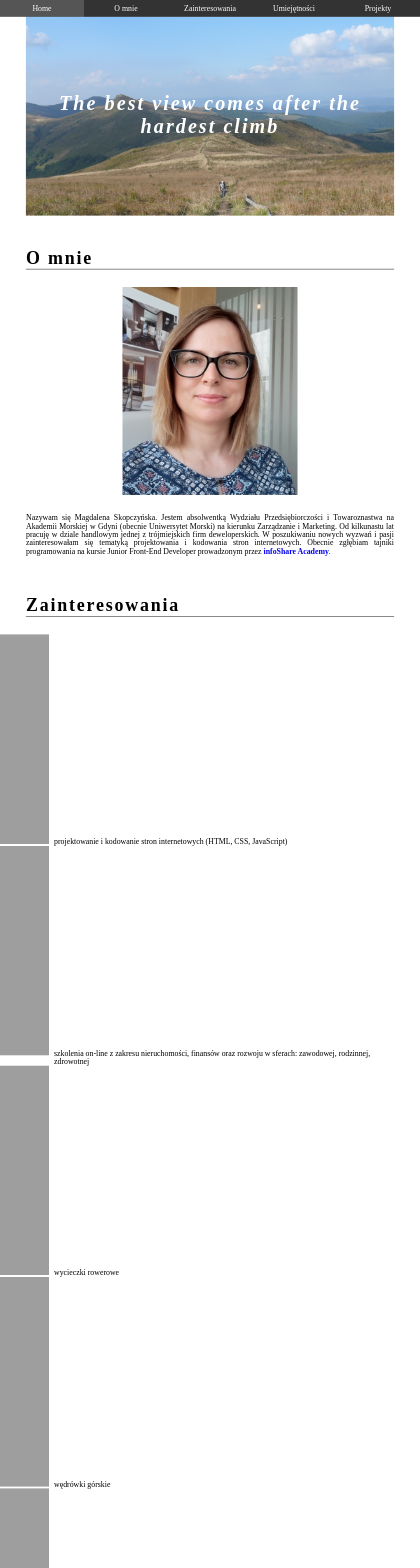
Repository: MagJaw/portfolio
Page: portfolio.html
These files come from the project's save history. The page is drawn as it stood at one moment and after the next save; the edit follows.
The browser window is 600 px wide. The pictures show the part of the page from y = 0 to 2240 px (the page is 6164 px tall before and 6156 px after), at 70% of full size.
A picture or video elsewhere on the page could not be fetched, so the positions and the page height are approximate.

Above is the page before, as saved 2018-11-21 20:41:33.

### portfolio.html
<!DOCTYPE html>
<html lang="pl">
<head>
    <meta charset="UTF-8">
    <meta name="viewport" content="width=device-width, initial-scale=1.0">
    <meta http-equiv="X-UA-Compatible" content="ie=edge">
    <meta name="author" content="Magdalena Skopczyńska"/>
    <meta name="description" content="Portfolio - o mnie, zainteresowania, umiejętności, projekty">
    <link rel="stylesheet" href="main.css">
    <title>Portfolio</title>
</head>
<body>
    <div class="wrapper">
        <div id="section1"></div>
        <nav role="navigation" class="menu__container">
            <ul class="menu">
                <li class="menu__section">
                    <a href="#section1">Home</a>
                </li>
                <li class="menu__section">
                    <a href="#section2">O mnie</a>
                </li>
                <li class="menu__section">
                    <a href="#section3">Zainteresowania</a>
                </li>
                <li class="menu__section">
                    <a href="#section4">Umiejętności</a>
                </li>
                <li class="menu__section">
                    <a href="#section5">Projekty</a>
                </li>
            </ul>
        </nav>
        <main class="main">
            <div class="motto__container">
                <quote class="motto"><b>The best view comes after the hardest climb</b></quote>
            </div>
            <div id="section2">
                <h1 class="header__section">O mnie</h1>
                <div class="section2__img">
                    <img src="portret.jpg" class="my__photo">
                </div>
                <p class="history"> Nazywam się Magdalena Skopczyńska. Jestem absolwentką Wydziału Przedsiębiorczości i Towaroznastwa na Akademii Morskiej w Gdyni (obecnie Uniwersytet Morski) na kierunku Zarządzanie i Marketing. Od kilkunastu lat pracuję w dziale handlowym jednej z trójmiejskich firm deweloperskich. W poszukiwaniu nowych wyzwań i pasji zainteresowałam się tematyką projektowania i kodowania stron internetowych. Obecnie zgłębiam tajniki programowania na kursie Junior Front-End Developer prowadzonym przez <a target="_blank" href="https://infoshareacademy.com/" class="link"><b>infoShare Academy</b>.</a></p>
            </div>
            <div id="section3">
                <h1 class="header__section">Zainteresowania</h1>
                <ul>
                    <li class="item">projektowanie i kodowanie stron internetowych (HTML, CSS, JavaScript)</li>
                    <li class="item">szkolenia on-line z zakresu nieruchomości, finansów oraz rozwoju w sferach: zawodowej, rodzinnej, zdrowotnej</li>
                    <li class="item">wycieczki rowerowe</li>
                    <li class="item">wędrówki górskie</li>
                    <li class="item">literatura</li>
                    <li class="item">zagadnienia z zakresu zdrowego odżywiania</li>
                </ul>
            </div>
            <div id="section4">
                <h1 class="header__section">Umiejętności</h1>
                <ul>
                    <li class="item">analityczne myślenie</li>
                    <li class="item">wysokie poczucie odpowiedzialności za powierzone zadania</li>
                    <li class="item">umiejętność pracy w zespole</li>
                    <li class="item">znajomość technik sprzedażowych</li>
                    <li class="item">bardzo dobra znajomość języka angielskiego</li>
                    <li class="item">znajomość narzędzi pakietu Office</li>
                    <li class="item">podstawowa znajomość HTML, CSS, JavaScript</li>
                </ul>
            </div>
            <div id="section5">
                <h1 class="header__section">Projekty</h1>
                <ul>
                    <li class="item">portfolio</li>
                    <li class="item">projekty stworzone w trakcie kursu Junior Front-End Developer <a target="_blank" href="https://github.com/MagJaw" class="link">(<b>GitHub</b>)</a></li>
                </ul>
            </div>
        </main>
        <footer class="footer">
            <p class="footer__text">Autor: Magdalena Skopczyńska</p>
            <p class="footer__text">email: magdas@example.com</p>
            <a target="_blank" href="https://github.com/MagJaw" class="footer__icon">
                <img class="footer__img" src="https://img.icons8.com/ios/30/000000/github-filled.png" alt="GitHub">
            </a>
            <p class="footer__text">
                <a target="_blank" href="https://icons8.com" class="link">Icon pack by Icons8</a>
            </p>
        </footer>
    </div>
</body>
</html>

### main.css
html {
    font-size: 16px;
    scroll-behavior: smooth;
  }

.wrapper {
    max-width: 90%;
    margin: 0 auto;
}

#section1 {
    padding: 1vw;
}

/*stylowanie paska menu*/

.menu__container {
    background:  #333;
    z-index: 1;
    top: 0;
    left: 0;
    right: 0;
    height: auto;
    position: fixed;
    }

.menu {
    list-style-type: none;
    display: flex;
    padding: 0;
    margin: 0;
}

.menu__section {
    font-size: 1.5em;
    flex: 1 1 0;
}

.menu__section a {
    text-decoration: none;
    text-align: center;
    color: #fff;
    display: block;
    padding: 1vw;
}

.menu__section a:hover {
    background-color: #555;
}

/*stylowanie obrazka z mottem*/

.motto__container {
    background-image: url(tapeta.jpg);
    background-size: cover;
    opacity: 0.9;
    height: 48vw;
    display: table;
}

.motto {
    font-size: 3.5em;
    letter-spacing: 0.1em;
    font-style: italic;
    color: #fff;
    text-align: center;
    vertical-align: middle;
    display: table-cell;
    animation: pojawienie 4s ease 1 normal;
}

@keyframes pojawienie {

    0%
    {
        opacity: 0;
    }

    20%
    {
        opacity: 0.2;
    }
    40%
    {
        opacity: 0.4;
    }
    60%
    {
        opacity: 0.6;
    }
    80%
    {
        opacity: 0.8;
    }
    100%
    {
        opacity: 1;
    }

}

/*wspólne stylowanie nagłówków sekcji i list w sekcjach*/

.header__section {
    font-size: 2.5em;
    letter-spacing: 0.1em;
    border-bottom: 1px solid #555;
    margin-top: 1em;
    margin-bottom: 1em;
}

.item {
    font-size: 1.5em;
    list-style-image: url("https://img.icons8.com/color/25/000000/checkmark.png");
}

/*indywidualne stylowanie sekcji "O mnie"*/

.section2__img {
    float: left;
    padding-right: 15px;
}

.my__photo {
    max-width: 100%;
    height: auto;
}

.history {
    font-size: 1.5em;
    text-align: justify;
}

/*stylowanie linków*/

.link {
    text-decoration: none;
}

.link:hover {
    text-decoration: underline;
}

/*stylowanie stopki*/

.footer {
display: flex;
border-top: 1px solid #555;
align-items: center;
}

.footer__text,
.footer__icon {
    flex: 1 1 0;
    text-align: center;
}

.footer__text {
font-style: italic;
width:100%;
}

#section5 {
padding-bottom: 25vw;
}

@media screen and (max-width: 767px){

.motto {
font-size: 1.8em;
}

.history,
.menu__section,
.item,
.footer__text {
font-size: 0.7em;
}

#section2,
#section3,
#section4,
#section5 {
padding-top: 20px;
}

.header__section {
font-size: 1.6em;
}

.section2__img {
    float: none;
    padding-right: 0;
    display: block;
    margin: 0 auto;
    text-align: center;
    }

.history {
padding-top: 2%;
}

.footer p {
font-size: 0.6em;
}

.item {
list-style-image: url("https://img.icons8.com/color/15/000000/checkmark.png");
}
}

@media screen and (min-width: 768px){

#section2 {
padding-bottom: 1vw;
}

#section2,
#section3,
#section4,
#section5 {
padding-top: 40px;
}

@media screen and (min-width: 1440px){
    .motto {
        font-size: 4.5em;
    }

    .header__section {
        font-size: 3.5em;
    }

    .history,
    .menu__section,
    .item {
        font-size: 2.5em;
    }

    .footer__icon {
        padding-top: 1.5vw;
    }

    .footer__img {
        width: 50px;
        height: 50px;
    }

    .footer__text {
        font-size: 2em;
    }

}

After the next save:
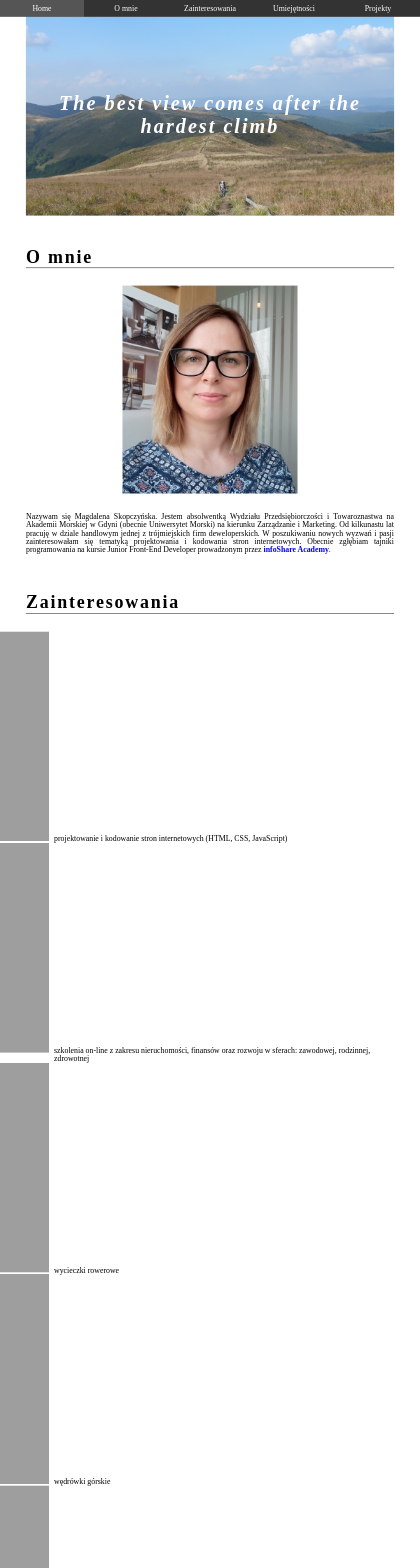
Saved 10 min 27 s later.
--- a/main.css
+++ b/main.css
@@ -99,7 +99,14 @@ html {
 
 }
 
-/*wspólne stylowanie nagłówków sekcji i list w sekcjach*/
+/*wspólne stylowanie sekcji, nagłówków sekcji i list w sekcjach*/
+
+#section2,
+#section3,
+#section4,
+#section5 {
+    padding-top: 3vw;
+}
 
 .header__section {
     font-size: 2.5em;
@@ -114,6 +121,16 @@ html {
     list-style-image: url("https://img.icons8.com/color/25/000000/checkmark.png");
 }
 
+/*wspólne stylowanie linków*/
+
+.link {
+    text-decoration: none;
+}
+
+.link:hover {
+    text-decoration: underline;
+}
+
 /*indywidualne stylowanie sekcji "O mnie"*/
 
 .section2__img {
@@ -131,15 +148,11 @@ html {
     text-align: justify;
 }
 
-/*stylowanie linków*/
-
-.link {
-    text-decoration: none;
-}
-
-.link:hover {
-    text-decoration: underline;
-}
+/*indywidualne stylowanie sekcji "projekty"*/
+
+#section5 {
+    padding-bottom: 25vw;
+    }
 
 /*stylowanie stopki*/
 
@@ -158,10 +171,6 @@ align-items: center;
 .footer__text {
 font-style: italic;
 width:100%;
-}
-
-#section5 {
-padding-bottom: 25vw;
 }
 
 @media screen and (max-width: 767px){
@@ -177,12 +186,7 @@ font-size: 1.8em;
 font-size: 0.7em;
 }
 
-#section2,
-#section3,
-#section4,
-#section5 {
-padding-top: 20px;
-}
+
 
 .header__section {
 font-size: 1.6em;
